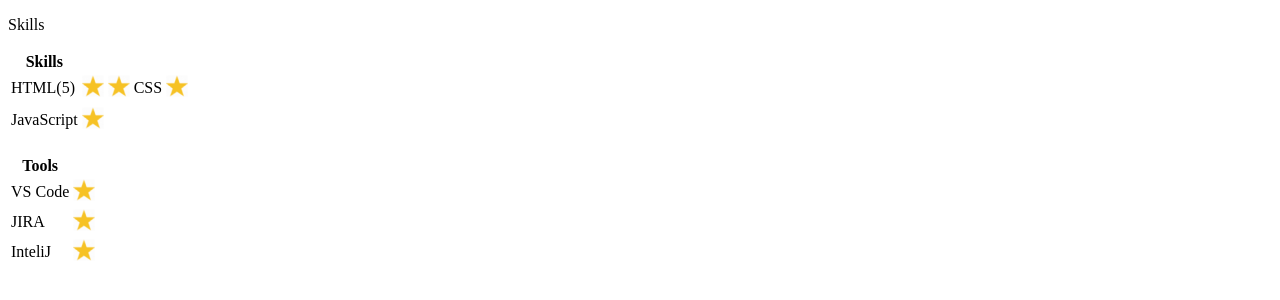
Repository: ew-code/Web-Development
Page: HTML - Personal Site/abilities.html
The author's editor kept a copy of each file at every save. The page is drawn from the files as they stood at one save, then again after the next save.
The browser window is 1280 px wide. The pictures show the whole page.

Above is the page before, as saved 2021-01-03 17:10:20.

### HTML - Personal Site/abilities.html
<!DOCTYPE html>
<html lang="en">

<head>
  <meta charset="UTF-8">
  <meta name="viewport" content="width=device-width, initial-scale=1.0">
  <meta http-equiv="X-UA-Compatible" content="ie=edge">
  <title>Abilities</title>
</head>

<body>

  <p>Skills</p>
  <table>
    <colgroup span="2"></colgroup>
<tr>
    <th>Skills</th>
    <th></th>
      <tr>
        <td> HTML(5)</td>
        <td><img src="images\star.png" alt="yellow star"></td>
        <td><img src="images\star.png" alt="yellow star"></td>
        <td>CSS</td>
        <td><img src="images\star.png" alt="yellow star"></td>
      <tr>
      </tr>
      <td>JavaScript</td>
      <td><img src="images\star.png" alt="yellow star"></td>
      </tr>
    </tbody>
  </table>
<br>
  <table>
    <thead>
      <tr>
        <th>Tools</th>
      </tr>
    </thead>
    <tbody>
      <tr>
        <td>VS Code</td>
        <td><img src="images\star.png" alt="yellow star"></td>
      </tr>
      <tr>
        <td>JIRA</td>
        <td><img src="images\star.png" alt="yellow star"></td>
      </tr>
      <td>InteliJ</td>
      <td><img src="images\star.png" alt="yellow star"></td>
      </tr>
    </tbody>
  </table>

</body>

</html>

After the next save:
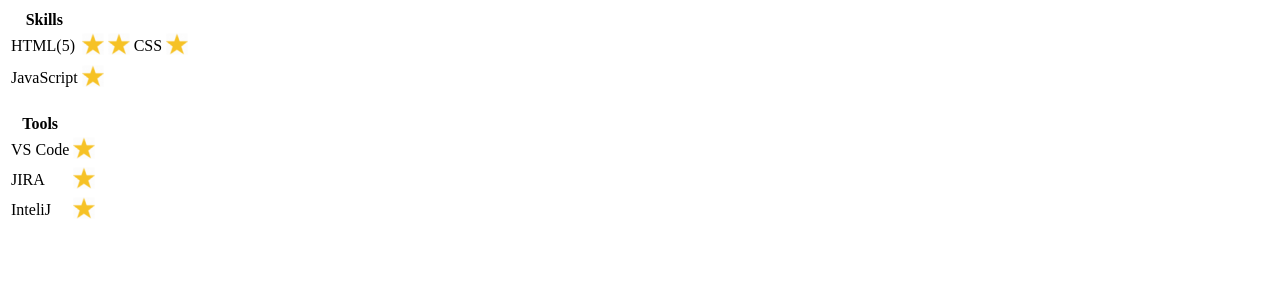
Saved 7 s later.
--- a/HTML - Personal Site/abilities.html
+++ b/HTML - Personal Site/abilities.html
@@ -10,7 +10,6 @@
 
 <body>
 
-  <p>Skills</p>
   <table>
     <colgroup span="2"></colgroup>
 <tr>
